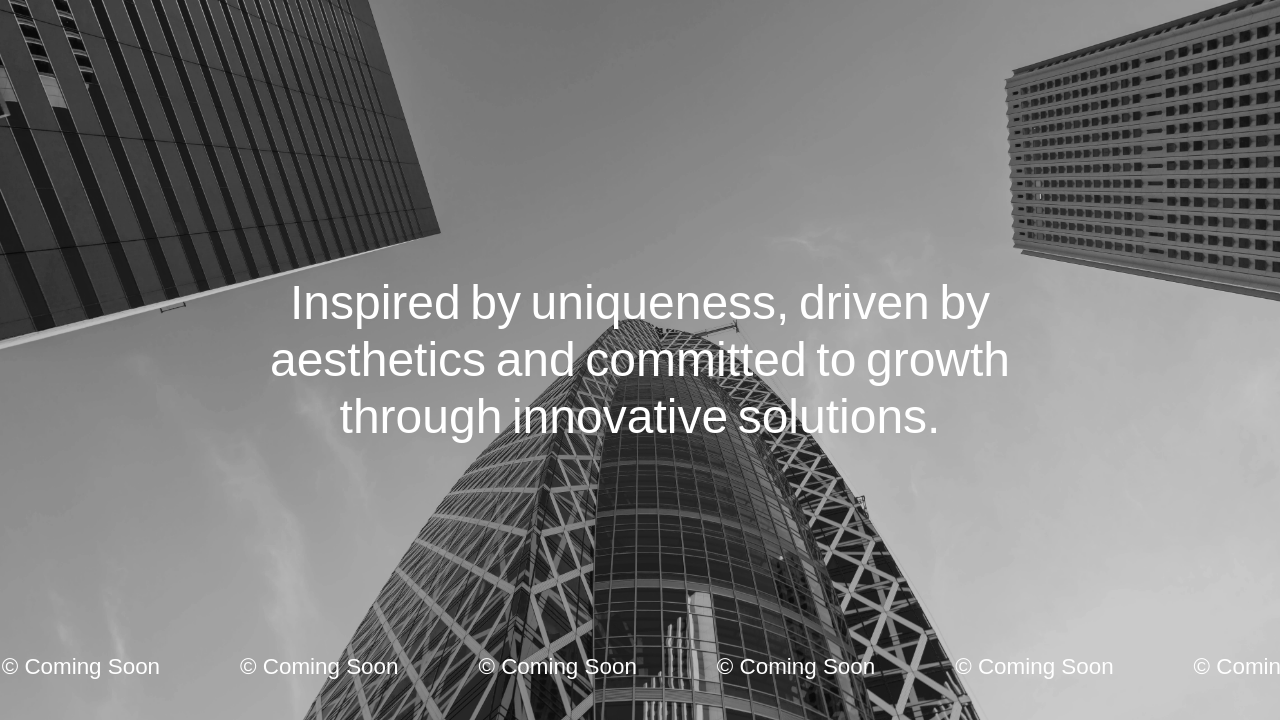
Repository: leswisss/comingsoon
Page: /
The author's editor kept a copy of each file at every save. The page is drawn from the files as they stood at one save, then again after a run of saves.
The browser window is 1280 px wide. The pictures show the whole page.
Some web fonts or font styles are not loaded; a fallback is used. The project was rebuilt for these pictures with package versions that can differ from the ones it lists, and the page was loaded fresh each time. The framework's server and built-in components were replaced by stand-ins that run in the browser. Also part of the build but not shown: next.config.mjs.

Above is the page before, as saved 2024-06-16 16:03:21.

After the next 8 saves:
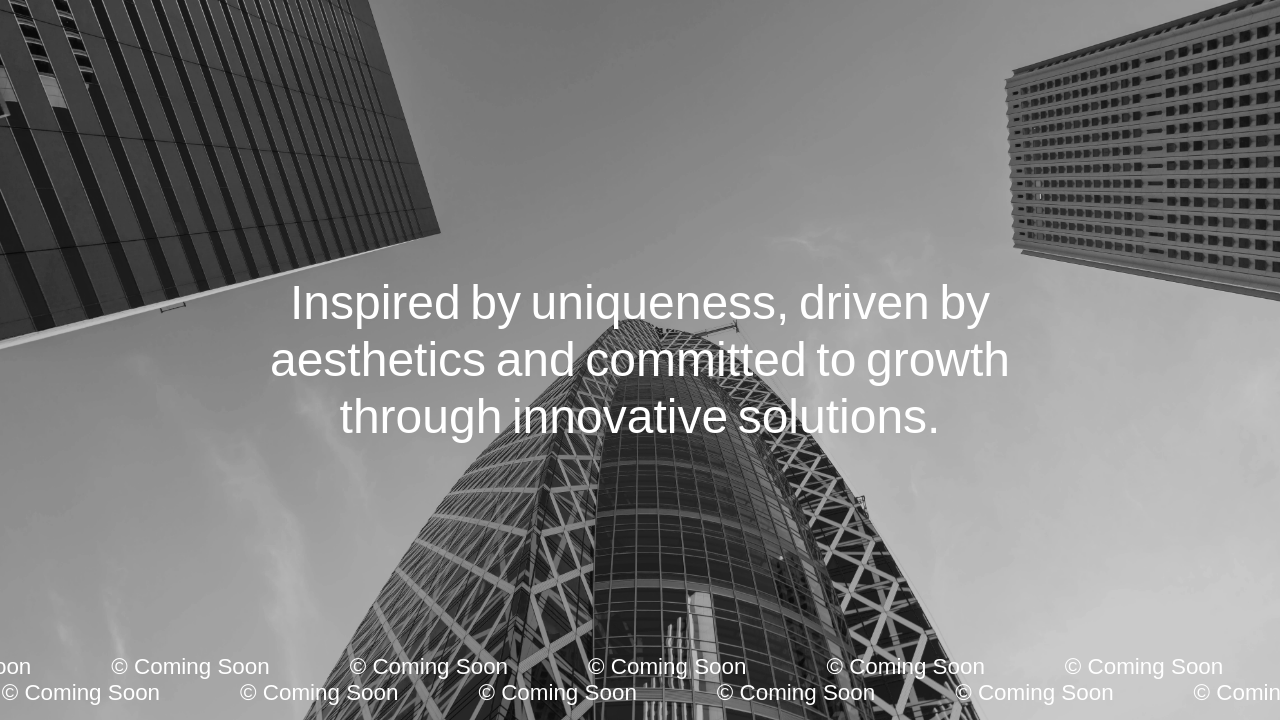
The 8 saves are shown as one change because they came seconds apart.
The last was saved 18 s later.
--- a/styles/marquee.module.scss
+++ b/styles/marquee.module.scss
@@ -1,6 +1,5 @@
 .slider{
   position: relative;
-  display: flex;
 }
 
 .coming__wrapper{
@@ -11,6 +10,10 @@
   .soon{
     margin-right: 5rem;
     font-size: calc(var(--h2-font-size) - 0.6rem);
+  }
+
+  &:nth-of-type(2){
+    position: absolute;
 
   }
 }
